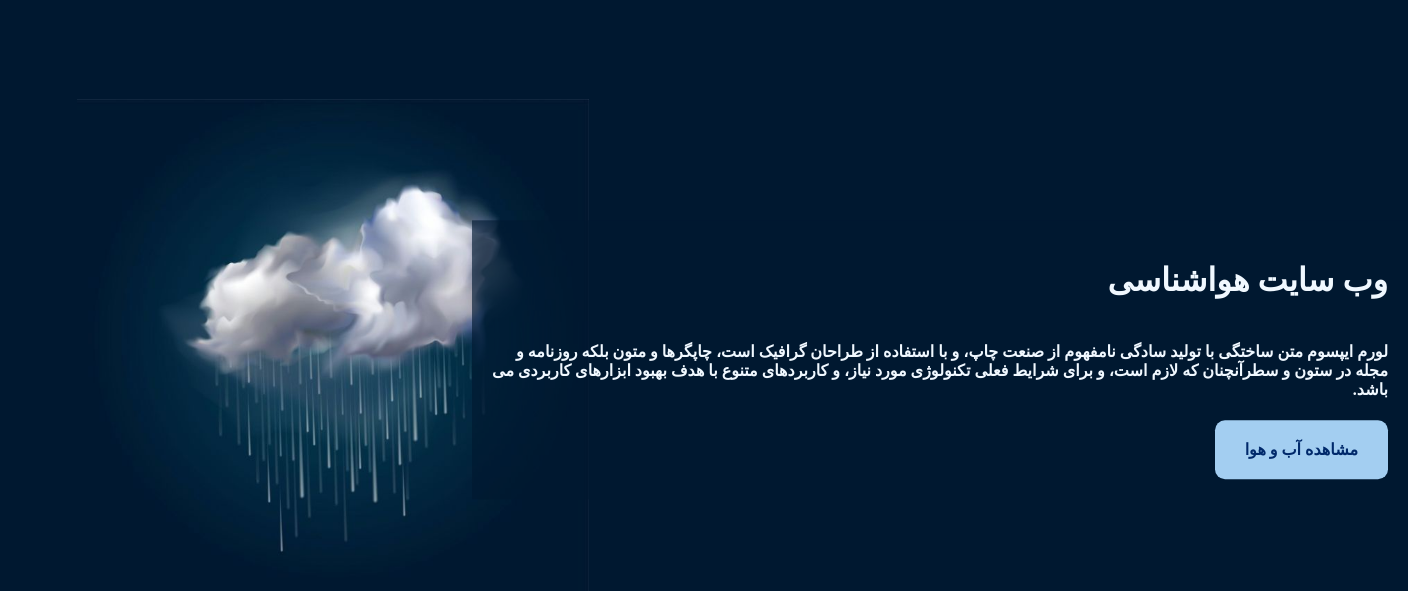
Repository: fateme81yosefi/weather
Page: landing/Landing.html
An editor plug-in stored every save of this project. The page is shown before and after a run of saves, followed by the edit.
The browser window is 1280 px wide. The page is 1408 px wide, then 1280 px, so the pictures cover 1408 px, including what lies to the right of the window. The pictures show the whole page.
Some web fonts or font styles are not loaded; a fallback is used.

Above is the page before, as saved 2025-02-02 17:28:27.

After the next 2 saves:
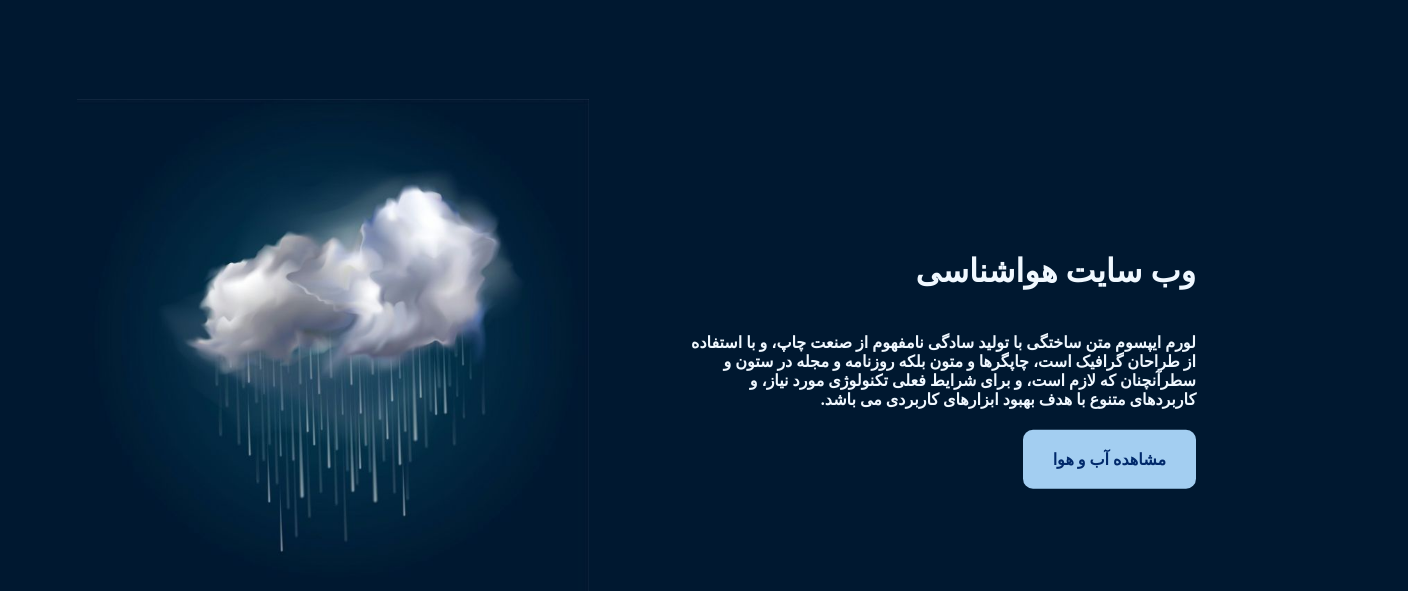
The 2 saves are shown as one change because they came seconds apart.
The last was saved 13 s later.
--- a/landing/style/landing.css
+++ b/landing/style/landing.css
@@ -58,7 +58,7 @@ body {
 
 @media screen and (min-width: 1200px) {
   .contain-btn {
-    width: 70%;
+    width: 40%;
     text-align: right;
     top: 50%;
     left: 50%;
